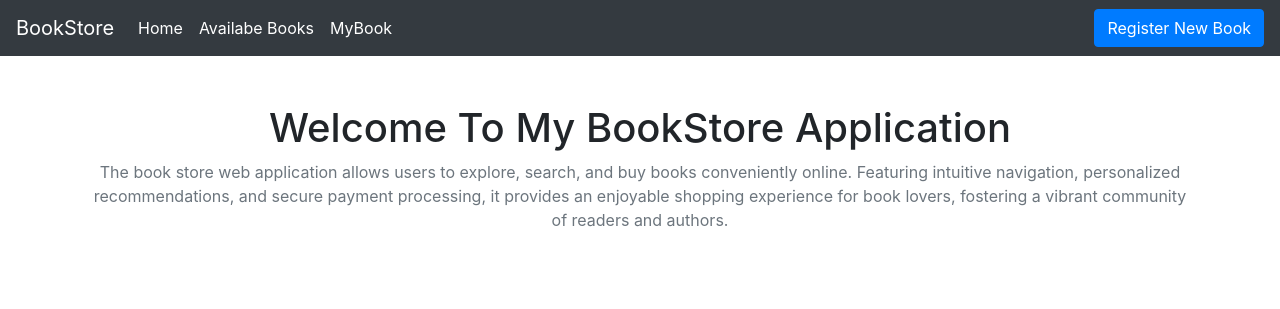
Repository: Sumanta-Sahoo/BookStoreApp
Page: bookstore/src/main/resources/static/availabeBooks.html
These files come from the project's save history. The page is drawn as it stood at one moment and after the next save; the edit follows.
The browser window is 1280 px wide. The pictures show the whole page.

Above is the page before, as saved 2024-03-15 07:05:08.

After the next save:
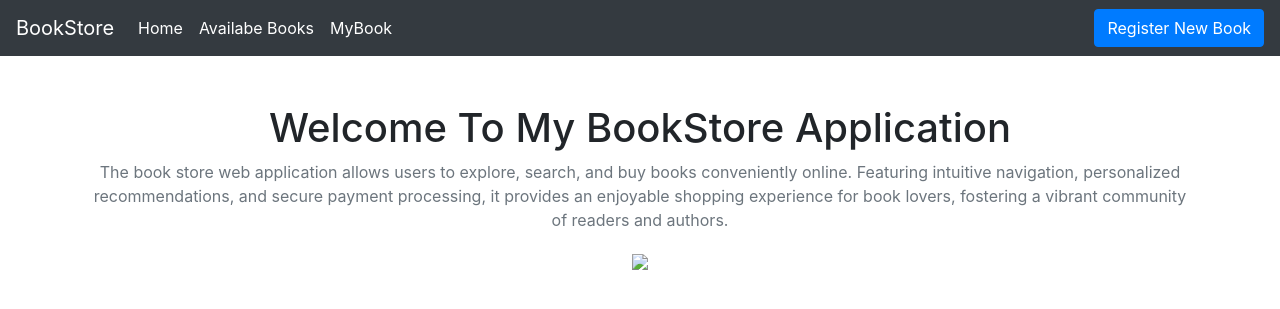
Not found: bookstore/src/main/resources/static/images/bg.png
Saved 49 s later.
--- a/bookstore/src/main/resources/static/availabeBooks.html
+++ b/bookstore/src/main/resources/static/availabeBooks.html
@@ -49,6 +49,7 @@
 			intuitive navigation, personalized recommendations, and secure payment processing, it provides an
 			enjoyable
 			shopping experience for book lovers, fostering a vibrant community of readers and authors.</p>
+			<img src="/images/bg.png" width="360px"/>
 
 	</div>
 
